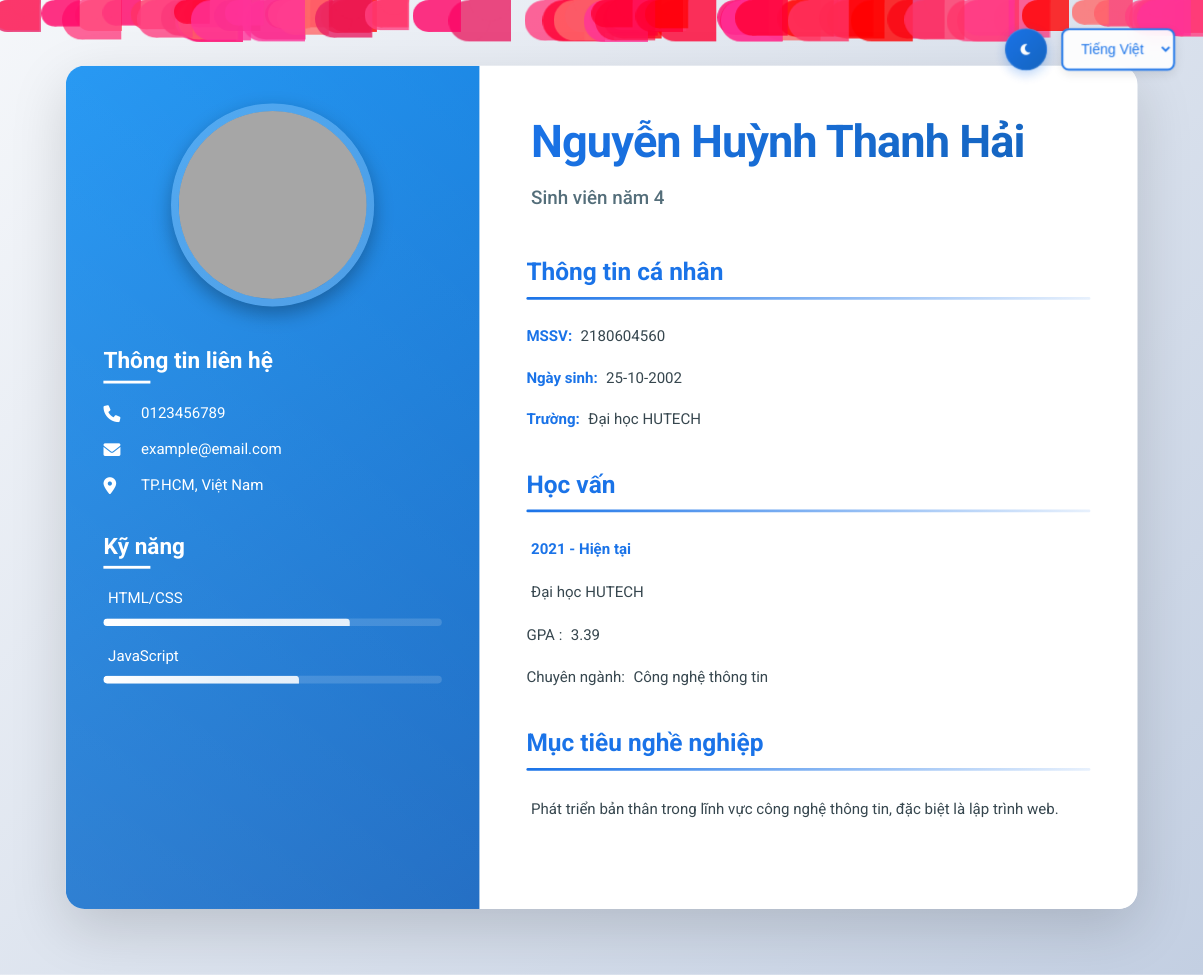
Repository: Haimichi/haimichi.github.io
Page: index.html
The author's editor kept a copy of each file at every save. The page is drawn from the files as they stood at one save, then again after the next save.
The browser window is 1280 px wide. The pictures show the whole page, at 94% of full size.
Pictures or frames that could not be fetched are drawn as grey boxes.

Above is the page before, as saved 2025-03-04 11:15:49.

After the next save:
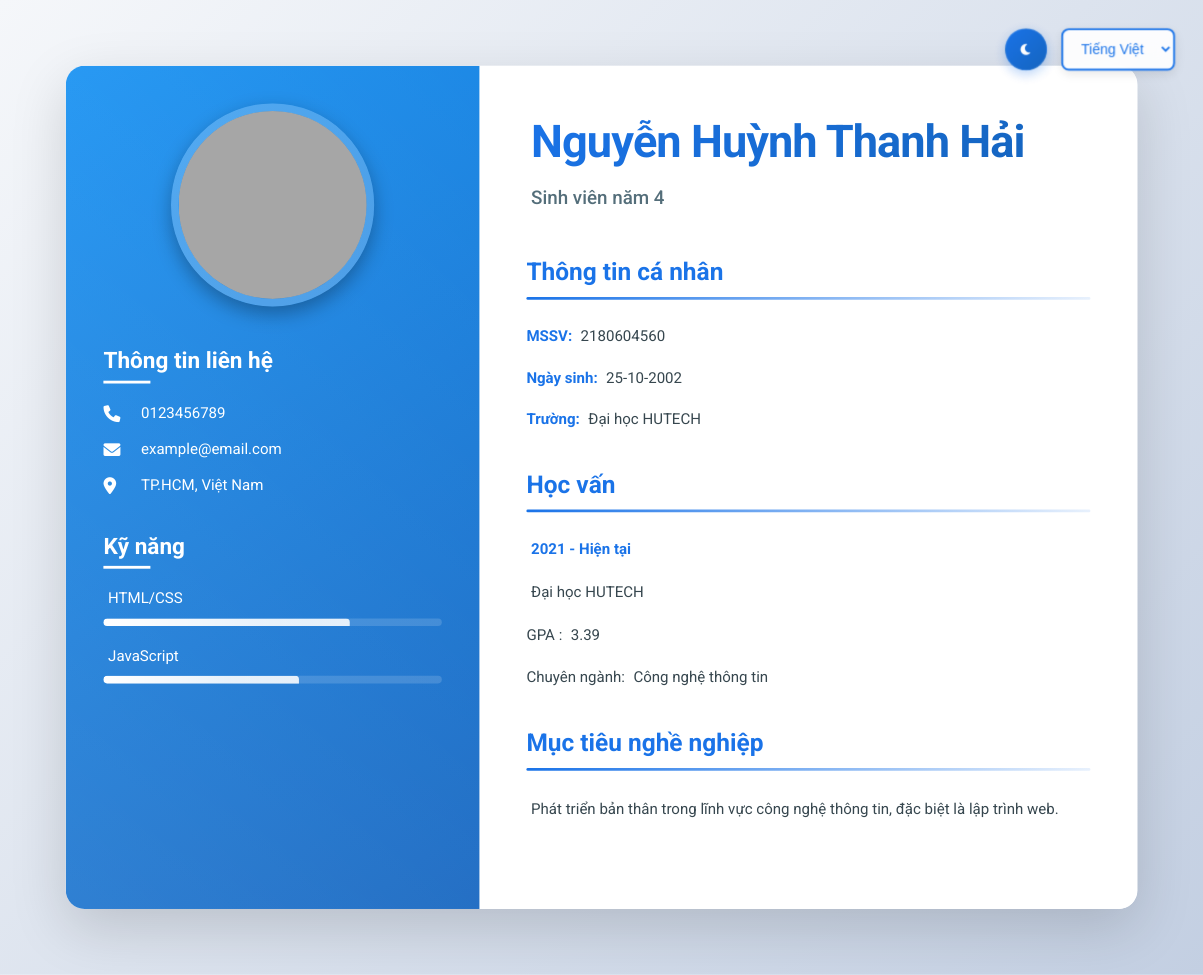
Saved 2 min 20 s later.
--- a/style.css
+++ b/style.css
@@ -408,7 +408,7 @@ h1.editable, h2.editable {
 /* Cập nhật styles cho hearts */
 .hearts-container {
     position: fixed;
-    top: 0;
+    bottom: 0;  /* Changed from top to bottom */
     left: 0;
     width: 100%;
     height: 100vh;
@@ -423,8 +423,8 @@ h1.editable, h2.editable {
     height: 30px;
     background: transparent;
     transform: rotate(45deg);
-    opacity: 0.8;
-    animation: floatAndStay var(--duration) ease-in-out forwards;
+    opacity: 0;  /* Start invisible */
+    bottom: -50px;  /* Start below screen */
 }
 
 .heart::before,
@@ -445,15 +445,17 @@ h1.editable, h2.editable {
     top: -50%;
 }
 
-@keyframes float {
+@keyframes floatUp {
     0% {
-        transform: translateY(0) rotate(45deg) scale(1);
-    }
-    50% {
-        transform: translateY(-50vh) rotate(90deg) scale(1.1);
+        transform: translateY(0) rotate(45deg);
+        opacity: 0;
+    }
+    10% {
+        opacity: 0.8;
     }
     100% {
-        transform: translateY(-100vh) rotate(45deg) scale(1);
+        transform: translateY(-100vh) rotate(45deg);
+        opacity: 0.8;
     }
 }
 
